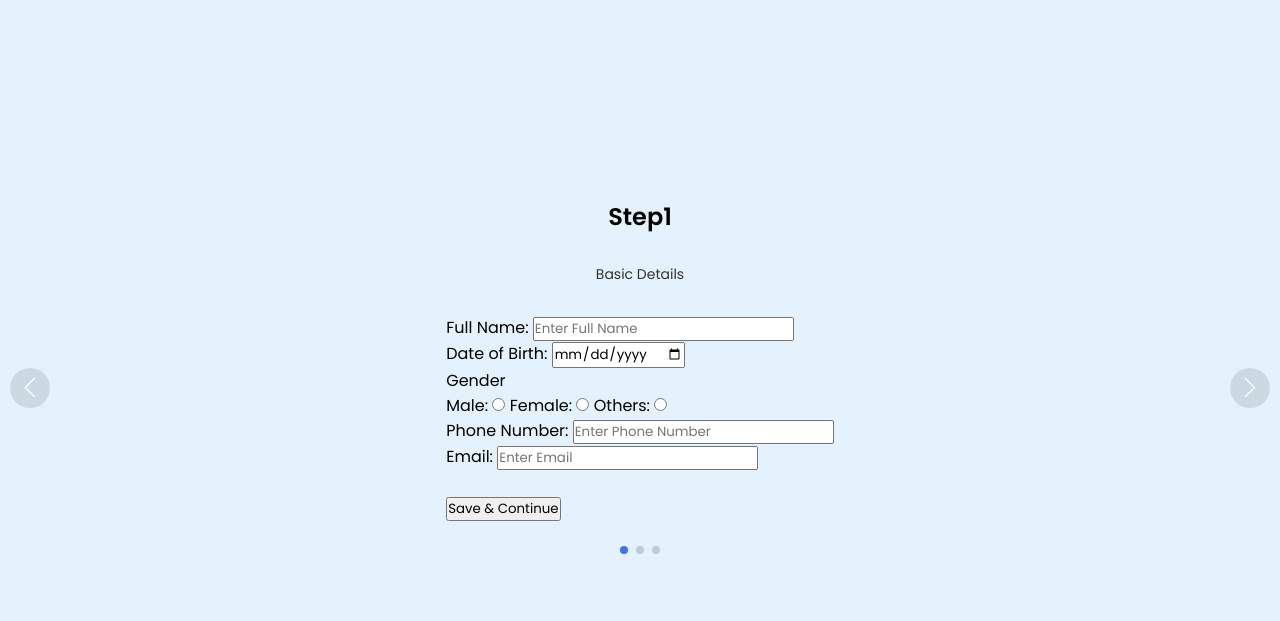
Repository: Habeebur1493/-22-multi-step-form
Page: index.html
An editor plug-in stored every save of this project. The page is shown before and after the next save, followed by the edit.
The browser window is 1280 px wide. The pictures show the whole page.

Above is the page before, as saved 2024-10-13 13:09:23.

After the next save:
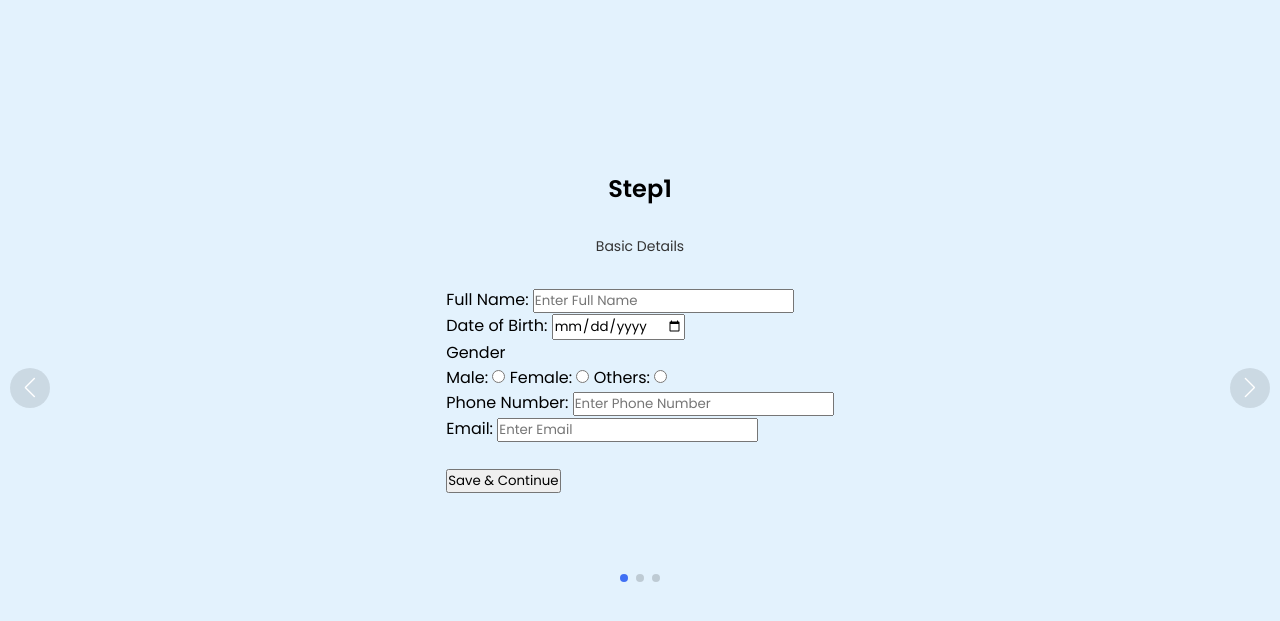
Saved 2 min 17 s later.
--- a/index.html
+++ b/index.html
@@ -122,7 +122,7 @@
               </select>
               <br>
               Feedback:
-              <input type="text" placeholder="Enter Feedback" />
+              <textarea name="Comments Section" rows="5"  cols="30"></textarea>
               <br>
               <br>
               <button type="save">Save & Continue</button>

After the save that followed:
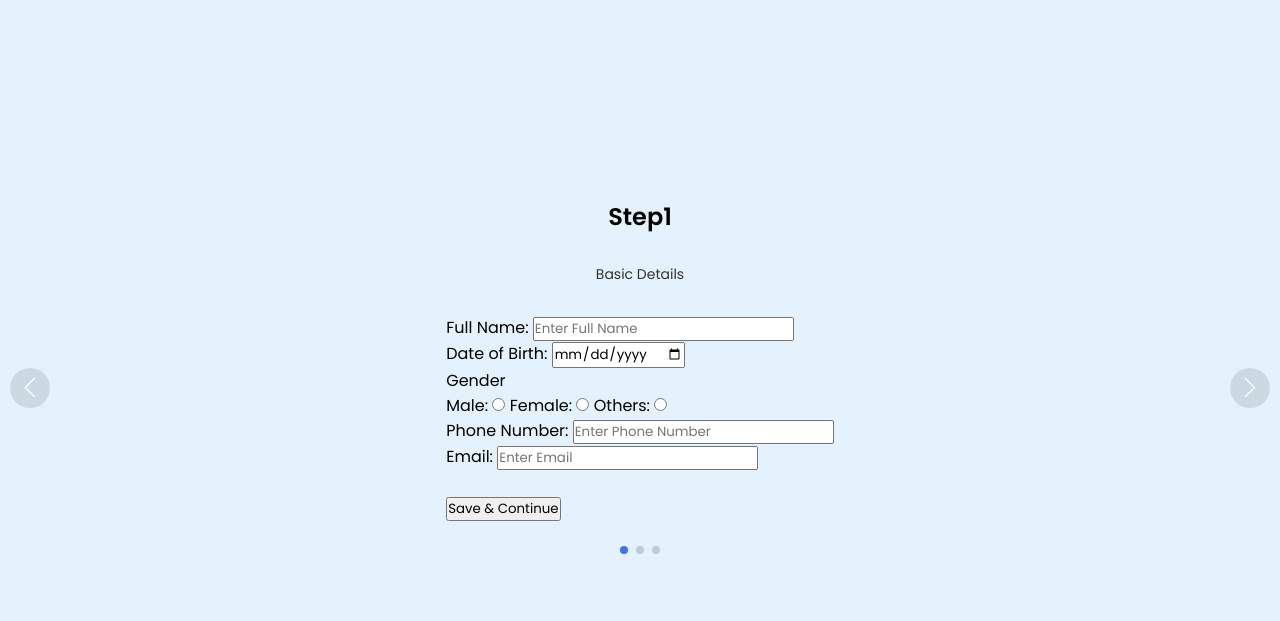
Saved 25 s later.
--- a/index.html
+++ b/index.html
@@ -122,7 +122,7 @@
               </select>
               <br>
               Feedback:
-              <textarea name="Comments Section" rows="5"  cols="30"></textarea>
+              <input type="text" placeholder="Enter Feedback" />
               <br>
               <br>
               <button type="save">Save & Continue</button>
